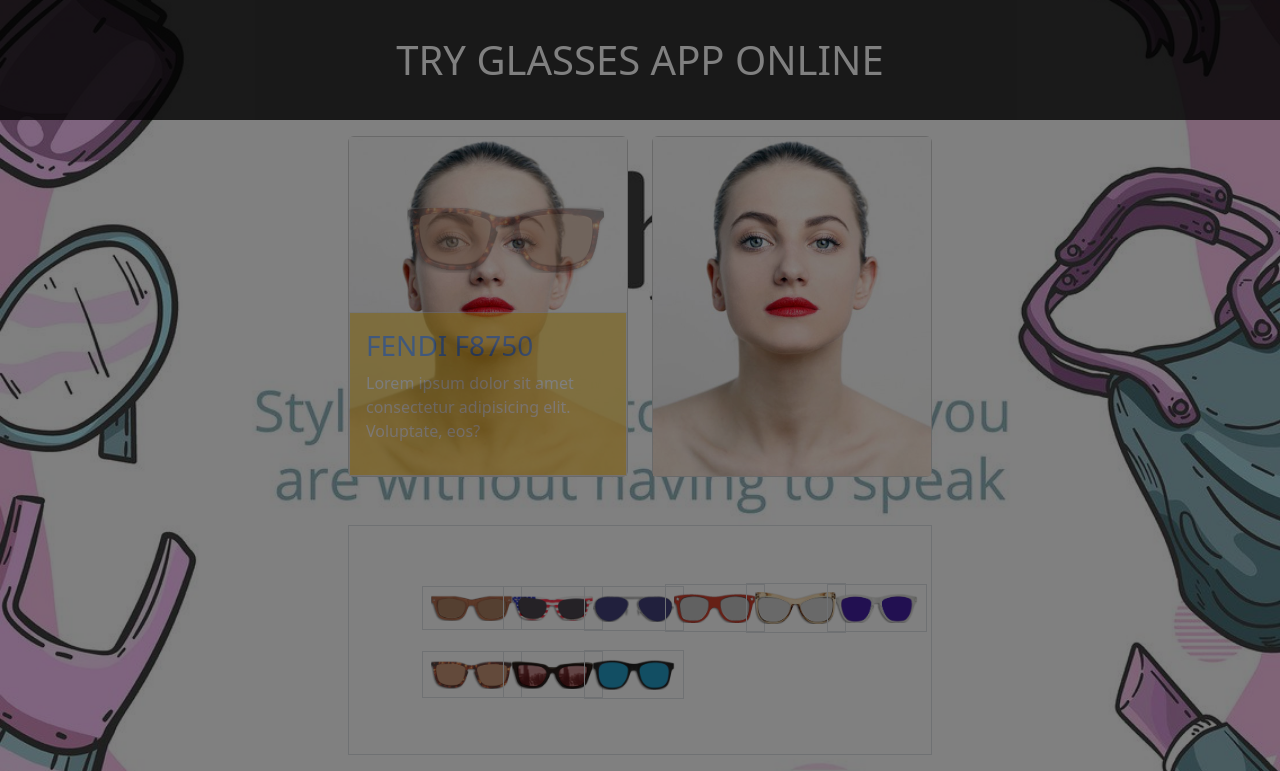
Repository: akira17518/React_JS_Glasses
Page: /
The author's editor kept a copy of each file at every save. The page is drawn from the files as they stood at one save, then again after the next save.
The browser window is 1280 px wide. The pictures show the whole page.
The project was rebuilt for these pictures with package versions that can differ from the ones it lists, and the page was loaded fresh each time.

Above is the page before, as saved 2023-05-10 11:01:21.

After the next save:
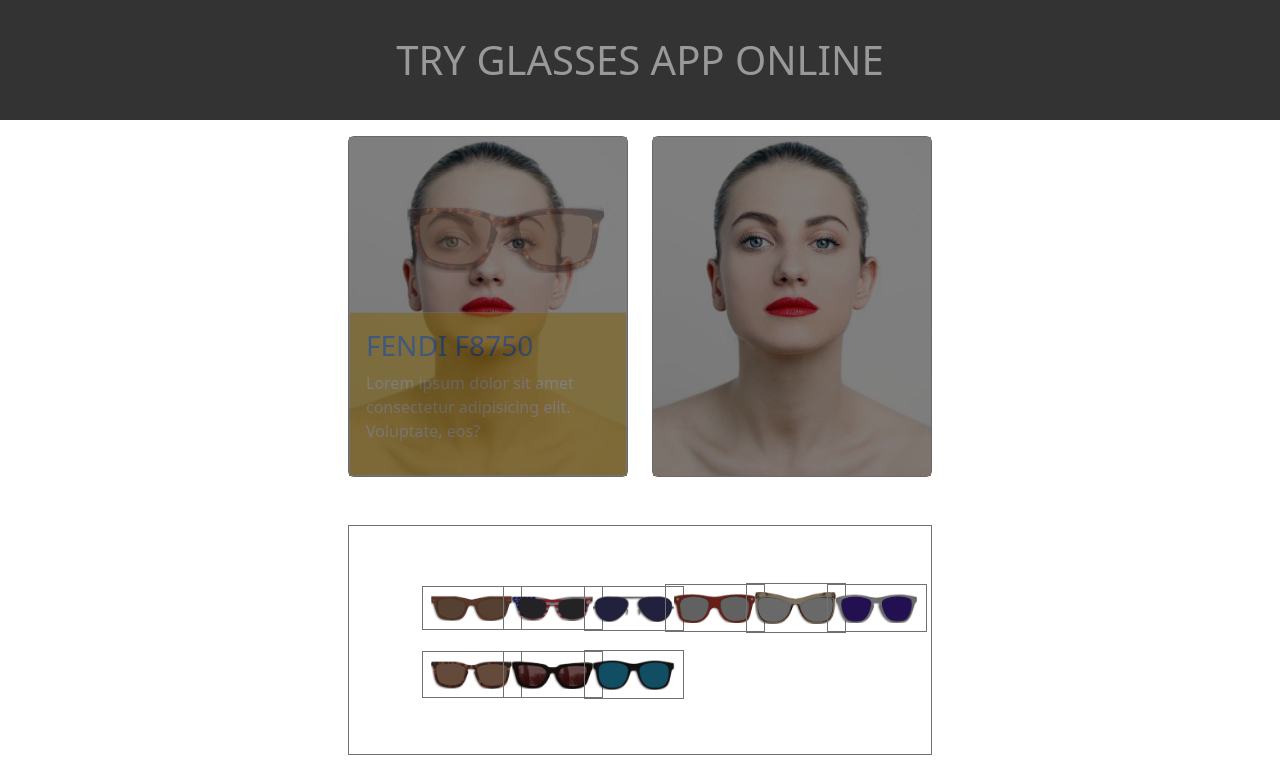
Saved 69 s later.
--- a/src/assets/app.module.css
+++ b/src/assets/app.module.css
@@ -1,5 +1,5 @@
 .app {
-    background:  url(../../public/glassesImage/background.jpg);
+    /* background:  url(../../public/glassesImage/background.jpg); */
     background-position: center;
     background-repeat: no-repeat;
     background-size: cover;

After the 4 saves that followed:
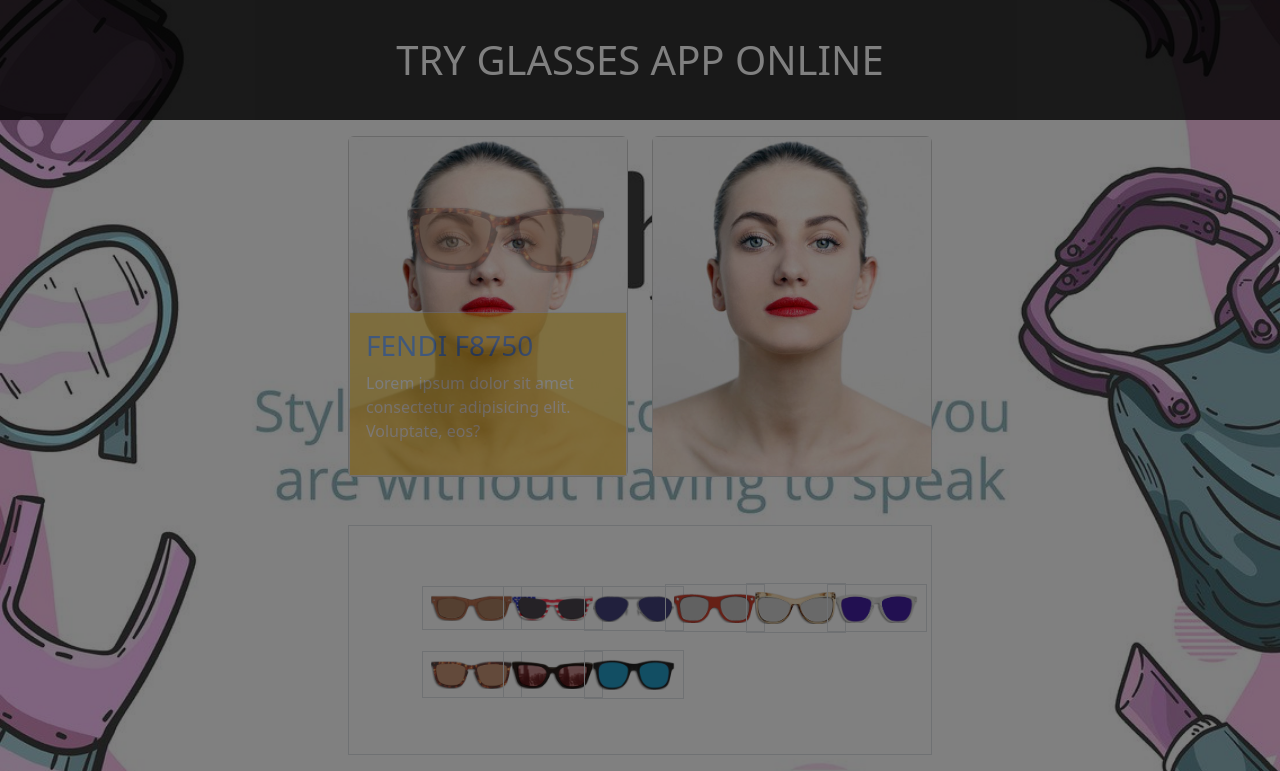
The 4 saves are shown as one change because 1 left the picture as it was and some came seconds apart.
The last was saved 50 s later.
--- a/src/assets/app.module.css
+++ b/src/assets/app.module.css
@@ -1,5 +1,5 @@
 .app {
-    /* background:  url(../../public/glassesImage/background.jpg); */
+    background:  url(../../public/glassesImage/background.jpg);
     background-position: center;
     background-repeat: no-repeat;
     background-size: cover;
